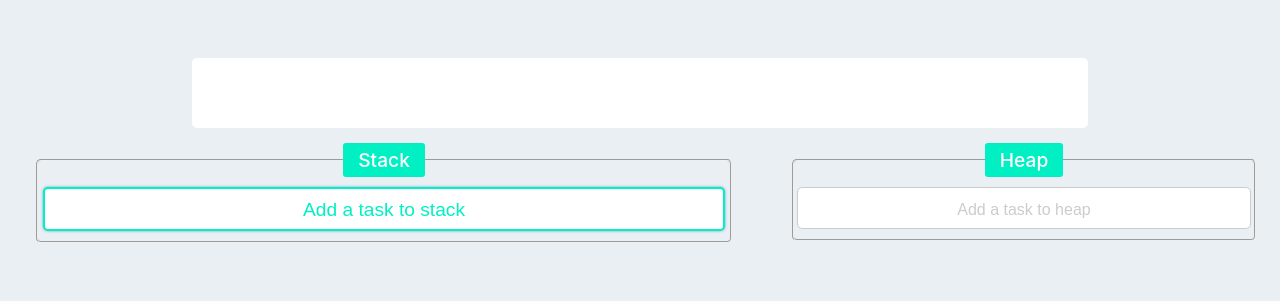
Repository: litalsh/meeting_v1
Page: /
These files come from the project's save history. The page is drawn as it stood at one moment and after the next save; the edit follows.
The browser window is 1280 px wide. The pictures show the whole page.
The project was rebuilt for these pictures with package versions that can differ from the ones it lists, and the page was loaded fresh each time. Also part of the build but not shown: src/Task.js.

Above is the page before, as saved 2020-12-07 11:36:57.

### public/index.html
<!DOCTYPE html>
<html lang="en">
  <head>
    <meta charset="utf-8" />
    <meta name="viewport" content="width=device-width, initial-scale=1" />
    <meta name="theme-color" content="#000000" />
    <meta
      name="description"
      content="Web site created using create-react-app"
    />
    <link rel="apple-touch-icon" href="%PUBLIC_URL%/logo192.png" />
    <!--
      manifest.json provides metadata used when your web app is installed on a
      user's mobile device or desktop. See https://developers.google.com/web/fundamentals/web-app-manifest/
    -->
    <link rel="manifest" href="%PUBLIC_URL%/manifest.json" />
    <!--
      Notice the use of %PUBLIC_URL% in the tags above.
      It will be replaced with the URL of the `public` folder during the build.
      Only files inside the `public` folder can be referenced from the HTML.

      Unlike "/favicon.ico" or "favicon.ico", "%PUBLIC_URL%/favicon.ico" will
      work correctly both with client-side routing and a non-root public URL.
      Learn how to configure a non-root public URL by running `npm run build`.
    -->
    <title>Meeting Managment App</title>
  </head>
  <body>
    <noscript>You need to enable JavaScript to run this app.</noscript>
    <div id="root"></div>
    <!--
      This HTML file is a template.
      If you open it directly in the browser, you will see an empty page.

      You can add webfonts, meta tags, or analytics to this file.
      The build step will place the bundled scripts into the <body> tag.

      To begin the development, run `npm start` or `yarn start`.
      To create a production bundle, use `npm run build` or `yarn build`.
    -->
  </body>
</html>

### src/App.js
import React, { useState, useEffect } from "react";
import "./App.css";
import { v4 as uuidv4 } from "uuid";
import Task from "./Task";

const App = () => {
  const [stack, setStack] = useState([]);
  const [heap, setHeap] = useState([]);

  const newTaskHandler = (event) => {
    if (event.which === 13) {
      setStack([
        ...stack,
        { id: uuidv4(), type: 'stack', topic: event.target.value, isDone: false }
      ]);
      event.target.value = '';
    };
  };

  const newHeapHandler = (event) => {
    if (event.which === 13) {
      setHeap([
        ...heap,
        { id: uuidv4(), type: 'heap', topic: event.target.value, isDone: false }
      ]);
      event.target.value = '';
    };
  };

  const taskRemoveHandler = (id, type) => {
    if(type === 'stack'){
    const taskIndex = stack.findIndex(task => {
      return task.id === id;
    });

    let tempList = [...stack];
    tempList.splice(tempList[taskIndex], 1);
    setStack(tempList)
  };
    if(type === 'heap'){
      const taskIndex = heap.findIndex(task => {
        return task.id === id;
      });

      let tempList = [...heap];
      tempList.splice(tempList[taskIndex], 1);
      setHeap(tempList)
    };
    return console.log('taskRmoveHandler: ', stack);

  }

  const keyboardRemoveHandler = (e) => {

    if (e.ctrlKey && e.shiftKey && e.which === 88) {
      let tempStack = [...stack];
      tempStack.splice(tempStack.length - 1, 1);
      setStack(tempStack);
    }
  }
  useEffect(() => {
    if (document){
      document.addEventListener('keydown', keyboardRemoveHandler);
    }
    return () => {
      document.removeEventListener('keydown', keyboardRemoveHandler);
    }
  }, [stack]);

  const keyboardCangeListHandler = (e) => {

    if (e.ctrlKey && e.which === 77) {
      changeListHandler();
    }
  }

  const changeListHandler = (id, type) => {
    // move task from stack to heap
    if (type === 'stack') {
      const taskIndex = stack.findIndex(task => {
        return task.id === id;
      });
      setHeap([...heap, { id: stack[taskIndex].id, type: 'heap', topic: stack[taskIndex].topic, isDone: false }]);

      let tempStack = [...stack];
      tempStack.splice(taskIndex, 1);
      setStack(tempStack);
      console.log('change to heap ', stack, '  ', heap)
    };

    // move task from heap to stack
    if (type === 'heap') {
      const taskIndex = heap.findIndex(task => {
        return task.id === id;
      });
      setStack([...stack, { id: heap[taskIndex].id, type: 'stack', topic: heap[taskIndex].topic, isDone: false }]);

      let tempHeap = [...heap];
      tempHeap.splice(taskIndex, 1);
      setHeap(tempHeap);
      console.log('change to stack ', stack, '  ', heap)
    };
  }

  return (
    <div className="container">
      <h4></h4>
      <div className="current-task">
        <h1>{stack[0] !== undefined ? stack[stack.length - 1].topic : null}</h1>
      </div>
      <fieldset className="task-list">
      <legend>Stack</legend>
        <ul>
          <>
            {console.log('1', stack)}
            {stack[0] !== undefined ? stack.map((task, id) => (
              <Task title={task.topic}
                key={id}
                remove={() => taskRemoveHandler(task.id, task.type)}
                move={() => changeListHandler(task.id, task.type)}
                keyboardMove={() => changeListHandler(task.id, task.type)} />
            )) : null}
          </>
        </ul>
        <input type="text" placeholder="Add a task to stack" onKeyDown={newTaskHandler} className='stack-input'  autoFocus aria-flowto='heap-input' />
      </fieldset>

      <fieldset className="task-list">
        <legend>Heap</legend>
        <input type="text" placeholder="Add a task to heap" onKeyDown={newHeapHandler} className='heap-input'  aria-flowto='stack-input' />
        <ul>
          <>
            {console.log('2', heap)}
            {heap[0] !== undefined ? heap.map((task, id) => (
              <Task title={task.topic}
                key={id}
                remove={() => taskRemoveHandler(task.id, task.type)}
                move={() => changeListHandler(task.id, task.type)}
                keyboardMove={() => changeListHandler(task.id, task.type)} />
            )) : null}
          </>
        </ul>
      </fieldset>
    </div>
  );
};

export default App;

### src/App.css
body{
 background-color:  #eaeff4;
}

.container {
  display: grid;
  grid-template-columns: 3fr 2fr;
}

.current-task {
  text-align: center;
  height: 70px;
  grid-column: 1/5;
  width: 70%;
  background: #fff;
  margin: 15px auto;
  border-radius: 5px;
  display: flex;
  align-items: center;
  flex-direction: column;
  justify-content: center;
}

.task-list {
  display: flex;
  flex-direction: column;
  align-self: start;
  border-radius: 5px;
  min-height: 4rem;
  padding: 5px 0;
  width: 90%;
  margin: 0 auto;
 }

 legend {
  margin: 0 auto;
  font-size: 1.2rem;
  font-weight: 500;
  background-color: #00f0c4;
  padding: 5px 15px;
  color: #fff;
  border-radius: 3px;
 }

ul {
  list-style-type: none;
  margin: 0;
  padding: 0;
}

li {
  border: 1px solid AliceBlue;
  width: 70%;
  line-height: 40px;
  margin: -1px auto;
  position: relative;
  background-color: #fff;
  cursor: pointer;
}

.task_item {
  width: 98%;
  line-height: 40px;
  margin: 3px auto;
  position: relative;
  text-align: center;
  border-radius: 5px;
}

.stack-input {
  border: 2px solid #00f0c4;
  width: 98%;
  line-height: 40px;
  margin: 5px auto;
  position: relative;
  text-align: center;
  border-radius: 5px;
  font-size: 1.3rem;
  padding: 0;
}

.heap-input {
  border: 1px solid #ccc;
  width: 98%;
  line-height: 40px;
  margin: 5px auto;
  position: relative;
  text-align: center;
  border-radius: 5px;
  font-size: 1.3rem;
  padding: 0;
}

.stack-input::placeholder{
  color: #00f0c4;
  font-size: 1.2rem;
}

.heap-input::placeholder{
  color: #ccc;
  font-size: 1rem;
}

.stack-input:focus {
  outline: none !important;
  border: 2px solid #00f0c4;
  box-shadow: 0 0 3px #719ECE;
}

.remove {
  width: 30px;
  height: 30px;
  position: absolute;
  top: 50%;
  right: 10px;
  transform: translateY(-50%);
  border-radius: 50%;
  border: none;
  font-weight: bold;
  color: gray;
  cursor: pointer;
}

Loaded but not shown: src/index.js (common file); src/index.css (common file); src/reportWebVitals.js (common file)

After the next save:
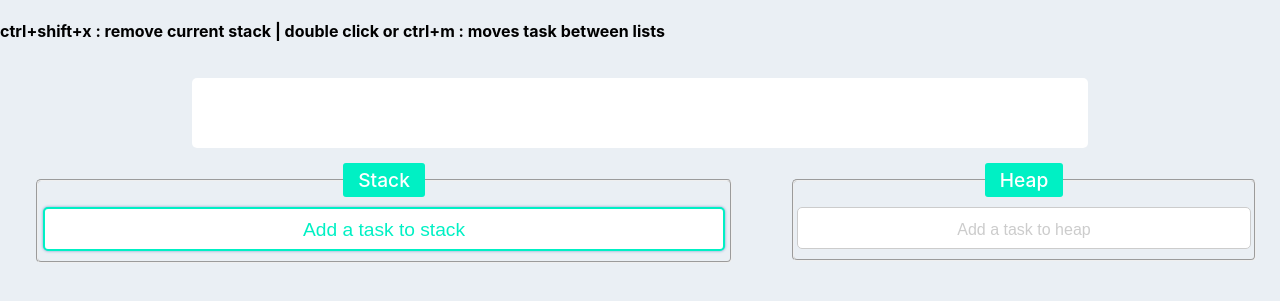
Saved 2 min 10 s later.
--- a/src/App.js
+++ b/src/App.js
@@ -104,7 +104,7 @@ const App = () => {
 
   return (
     <div className="container">
-      <h4></h4>
+      <h4>ctrl+shift+x : remove current stack | double click or ctrl+m : moves task between lists</h4>
       <div className="current-task">
         <h1>{stack[0] !== undefined ? stack[stack.length - 1].topic : null}</h1>
       </div>
